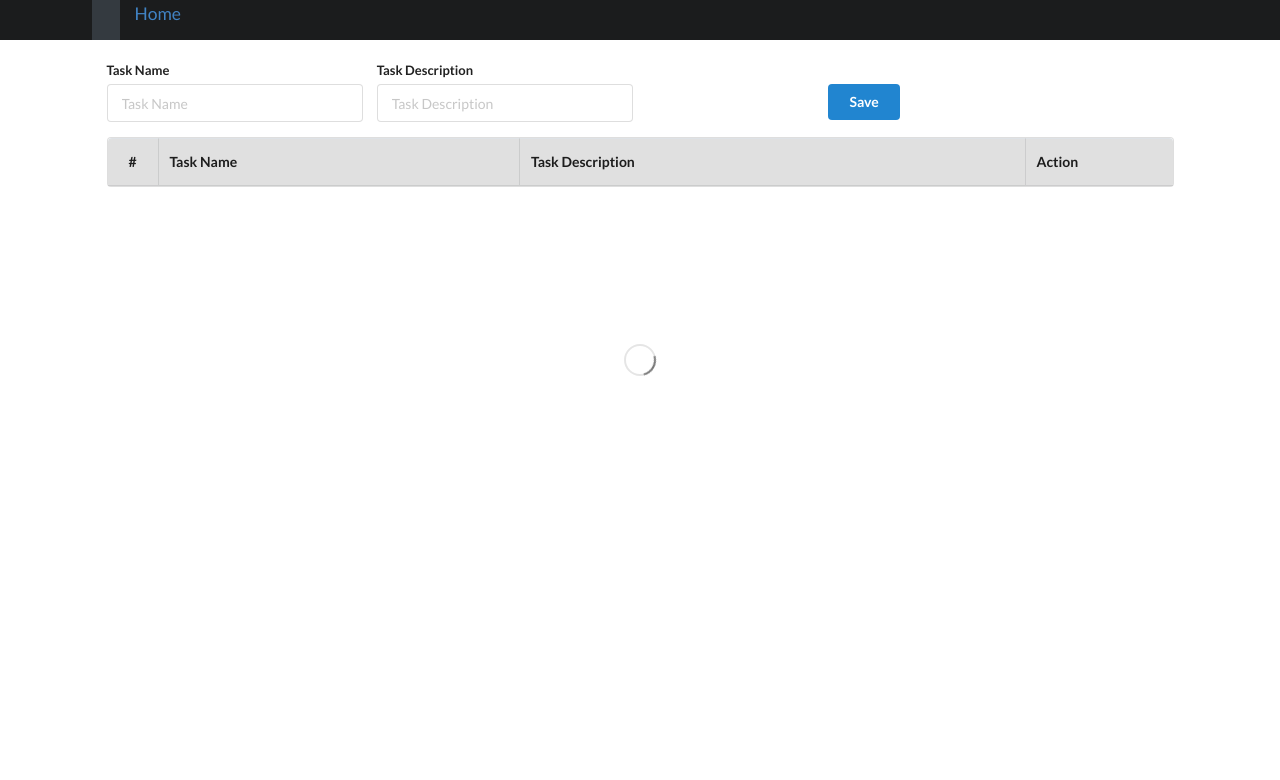
Repository: balkisys/react-js-crud
Page: /
An editor plug-in stored every save of this project. The page is shown before and after the next save, followed by the edit.
The browser window is 1280 px wide. The pictures show the whole page.
The page's requests for data from a server got no answer. The project was rebuilt for these pictures with package versions that can differ from the ones it lists, and the page was loaded fresh each time. No one was signed in, and anything a server would have sent is missing. Also part of the build but not shown: src/components/Task.js.

Above is the page before, as saved 2021-02-07 19:18:35.

### public/index.html
<!DOCTYPE html>
<html lang="en">
  <head>
    <meta charset="utf-8" />
    <link rel="icon" href="%PUBLIC_URL%/favicon.ico" />
    <meta name="viewport" content="width=device-width, initial-scale=1" />
    <meta name="theme-color" content="#000000" />
    <meta
      name="description"
      content="Web site created using create-react-app"
    />
    <link rel="apple-touch-icon" href="%PUBLIC_URL%/logo192.png" />
    <link rel="stylesheet" href="https://stackpath.bootstrapcdn.com/bootstrap/4.3.1/css/bootstrap.min.css" integrity="sha384-ggOyR0iXCbMQv3Xipma34MD+dH/1fQ784/j6cY/iJTQUOhcWr7x9JvoRxT2MZw1T" crossorigin="anonymous">

    <link
    rel="stylesheet"
    href="https://cdnjs.cloudflare.com/ajax/libs/semantic-ui/2.4.1/semantic.min.css"
    />

    <!--
      manifest.json provides metadata used when your web app is installed on a
      user's mobile device or desktop. See https://developers.google.com/web/fundamentals/web-app-manifest/
    -->
    <link rel="manifest" href="%PUBLIC_URL%/manifest.json" />
    <!--
      Notice the use of %PUBLIC_URL% in the tags above.
      It will be replaced with the URL of the `public` folder during the build.
      Only files inside the `public` folder can be referenced from the HTML.

      Unlike "/favicon.ico" or "favicon.ico", "%PUBLIC_URL%/favicon.ico" will
      work correctly both with client-side routing and a non-root public URL.
      Learn how to configure a non-root public URL by running `npm run build`.
    -->
    <title>React App</title>
  </head>
  <body>
    <noscript>You need to enable JavaScript to run this app.</noscript>
    <div id="root"></div>
    <!--
      This HTML file is a template.
      If you open it directly in the browser, you will see an empty page.

      You can add webfonts, meta tags, or analytics to this file.
      The build step will place the bundled scripts into the <body> tag.

      To begin the development, run `npm start` or `yarn start`.
      To create a production bundle, use `npm run build` or `yarn build`.
    -->
  </body>
</html>

### src/index.js
import React from "react";
import ReactDOM from "react-dom";
import App from "./components/App";


ReactDOM.render(<App/>, document.querySelector("#root"));

### src/components/App.js
import React , {Component} from "react" ;
import Home from "./Home";

class App extends Component {
    render () {
      return (
          <div>
           <div className="ui fixed inverted menu">
                  <div className="ui container">
                      <nav class="navbar navbar-dark bg-dark">
</nav>

           <div class="container">
    <a class="navbar-brand" href="#">Home</a>
  </div>


          </div>
          </div>
          <div className="ui main container">
           <Home/>
          </div>
          </div>
      );
    }
}
export default App ;

### src/components/Home.js
import React , {Component} from "react" ;
import axios from "axios";
import MyForm from "./MyForm";
import TaskList from "./TaskList";
import "./app.css";
import Loader from "./Loader";

class Home extends Component {
    state = {

        tasks: [],
        task:{},
        loader: false,
        url: "http://127.0.0.1:8000/api/todolists"
    };
    getTasks = async () => {
        this.setState({ loader:true});
        const tasks =  await axios.get(this.state.url);
        this.setState({ tasks: tasks.data, loader:false });
    }

       deleteTask =  async id => {
               this.setState({ loader : true});
             await  axios.delete(`${this.state.url}/${id}`);
             this.getTasks();
       }

       createTask = async data => {
           this.setState({loader:true });
           await axios.post(this.state.url,{
               task_name: data.task_name,
               task_discription: data.task_discription,

           });
           this.getTasks();
       } ;

       editTask = async (data) => {
          // clear task obj
          this.setState({ task: {} , loader: true }) ;
          await axios.put(`${this.state.url}/${data.id}`, {
            task_name: data.task_name,
            task_discription: data.task_discription,
          });
          this.getTasks();
       }

    componentDidMount(){
        this.getTasks();
    }

       onDelete = id => {
         // console.log ("app" , id );
         this.deleteTask(id);
       }

       onEdit = data => {

        //console.log ("app" , data );
        this.setState({ task: data});

      }


      onFormSubmit = data => {
          //console.log("app" , data);
          if(data.isEdit) {
              this.editTask(data);
             // if is edit true
          } else {
                  // if is edit false
                  this.createTask(data);
          }
      };

    render () {
      return (
          <div>

          <div className="ui main container">
           <MyForm task={this.state.task}  onFormSubmit={this.onFormSubmit }     />
           {
               this.state.loader ? <Loader/> : ""
           }
           <TaskList
           tasks={this.state.tasks}
           onDelete={this.onDelete}
           onEdit={this.onEdit}

           />
          </div>
          </div>
      );
    }
}
export default Home ;

### src/components/MyForm.js
import React , {Component} from "react" ;


class MyForm extends Component {
    state = {
        form: {task_name:'' , task_discription:'',isEdit: false},
        btnName: "Save",
        btnClass:"ui primary button submit-button"
    };
    isEmpty(obj){
        return Object.entries(obj).length === 0  && obj.constructor === Object;

    }
    componentDidUpdate(prevProps) {
        if(prevProps !== this.props && !this.isEmpty(this.props.task)) {
           this.setState({
               form: {...this.props.task, isEdit: true},
               btnName: "Update",
               btnClass: "ui orange button submit-button"
           });

            // console.log("update");
        }

    }

    handleChange = event => {
        const {name, value } = event.target;
        let form = this.state.form;
        form[name] = value ;
        this.setState({ form });
    };

    onFormSubmit = (event) =>  {
       // prevent form submit
       event.preventDefault();
       // form validation
      if (this.formValidation()) {
          // send form data to app
          this.props.onFormSubmit(this.state.form);
      }
      // change the button to save
      this.setState({
          btnName: "Save",
          btnClass: "ui primary button submit-button"
      })
      // clear form fields
      this.clearFormFields()
    };
    formValidation = () => {
        // task name
        if(document.getElementsByName("task_name")[0].value === "" ){
           alert('Enter task name') ;
           return false ;
        }
        //task description
        if(document.getElementsByName("task_discription")[0].value === "" ){
            alert('Enter task description ') ;
            return false ;
         }

         return true ;

    };
   clearFormFields = () => {
       // change form state
       this.setState({
        form: {task_name:'' , task_discription:'',  isEdit: false}

       });
       // clear form fields
       document.querySelector(".form").reset();
   };

   render() {
       return (
      <form className= "ui form">
       <div className="fields">
           <div className="four wide field">
           <label> Task Name </label>
           <input
            type="text"
            name="task_name"
            placeholder="Task Name"
            onChange={this.handleChange}
            value={this.state.form.task_name} />
           </div>

           <div className="four wide field">
           <label> Task Description </label>
           <input
           type="text"
            name="task_discription"
            placeholder="Task Description"
            onChange={this.handleChange}
            value={this.state.form.task_discription} />
           </div>

           <div className="four wide field">
           <button  className={this.state.btnClass} onClick={this.onFormSubmit}>
                {this.state.btnName}
                </button>
           </div>

       </div>
      </form>
       );
   }


}
export default MyForm ;

### src/components/TaskList.js
import React, {Component} from "react";
import Task from "./Task";

class TaskList extends Component {
         onDelete = id => {
             this.props.onDelete(id);
              //console.log("task list" , id);

         };
         onEdit = data => {
            this.props.onEdit(data);
            // console.log(task list" , id);

        };

    render() {
        const tasks = this.props.tasks;
        return (
          <div className="data">
              <table className="ui celled table">
                <thead>
                     <tr>
                         <th style={{ width: '50px' , textAlign: "center"}}>#</th>
                         <th>Task Name</th>
                         <th>Task Description</th>
                         <th style={{ width: "148px"}}>Action </th>
                     </tr>
                    </thead>

                    <tbody>
                        {tasks.map(task=>{
                              return <Task
                              task={task}
                              key={task.id}
                              onDelete={this.onDelete}
                              onEdit={this.onEdit}
                              />;

                            })
                        }

                    </tbody>
              </table>

          </div>
        );
    }
}

export default TaskList;

### src/components/app.css
.main.container{
    margin-top: 60px;
}
.submit-button {
    margin-top: 24px !important;
    float: right;
}

.data {
    margin-top: 15px;
}

thead tr th {
     background: #e0e0e0 !important;
}

.ui.inverted.dimmer {
    background-color:rgba(255, 255, 255, 0) !important;
}

### src/components/Loader.js
import React, { Component } from 'react'

 class Loader extends Component {
    render() {
        return (
            <div className="ui active inverted dimmer">
               <div className="ui loader"></div>
            </div>
        )
    }
}

export default Loader

After the next save:
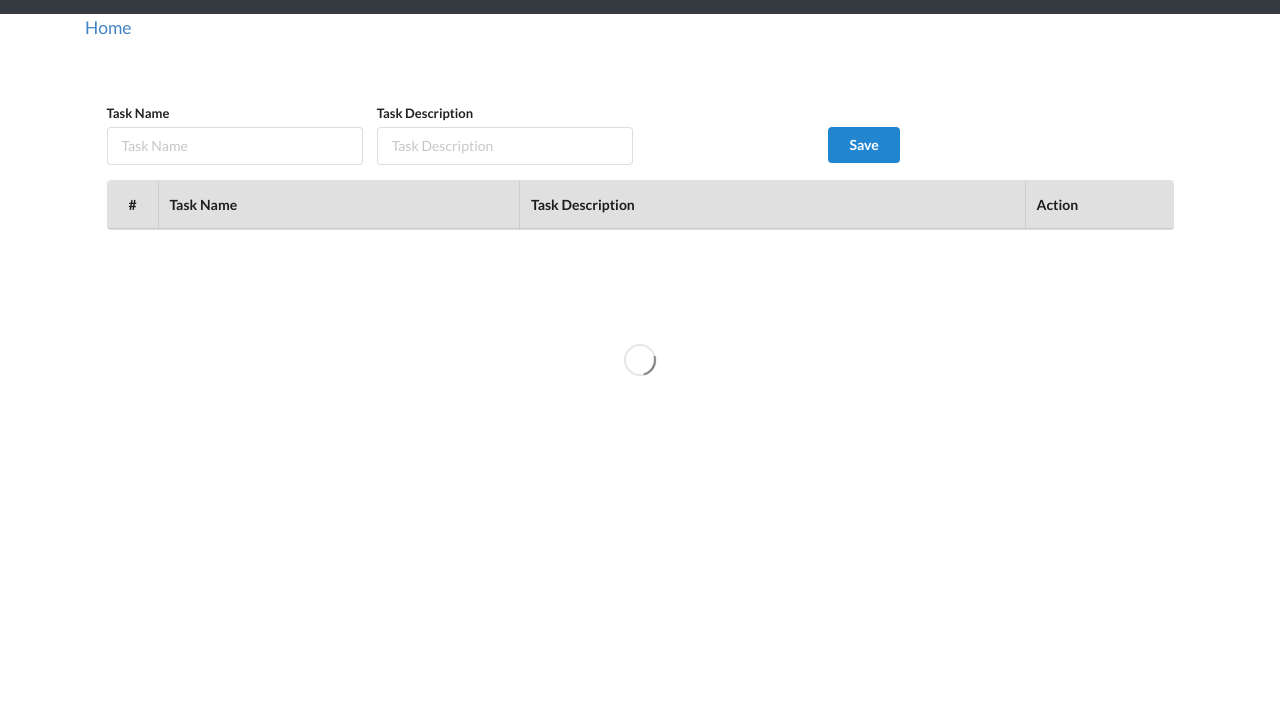
Saved 45 s later.
--- a/src/components/App.js
+++ b/src/components/App.js
@@ -5,8 +5,8 @@ class App extends Component {
     render () {
       return (
           <div>
-           <div className="ui fixed inverted menu">
-                  <div className="ui container">
+
+
                       <nav class="navbar navbar-dark bg-dark">
 </nav>
 
@@ -15,8 +15,8 @@ class App extends Component {
   </div>
 
 
-          </div>
-          </div>
+
+
           <div className="ui main container">
            <Home/>
           </div>
